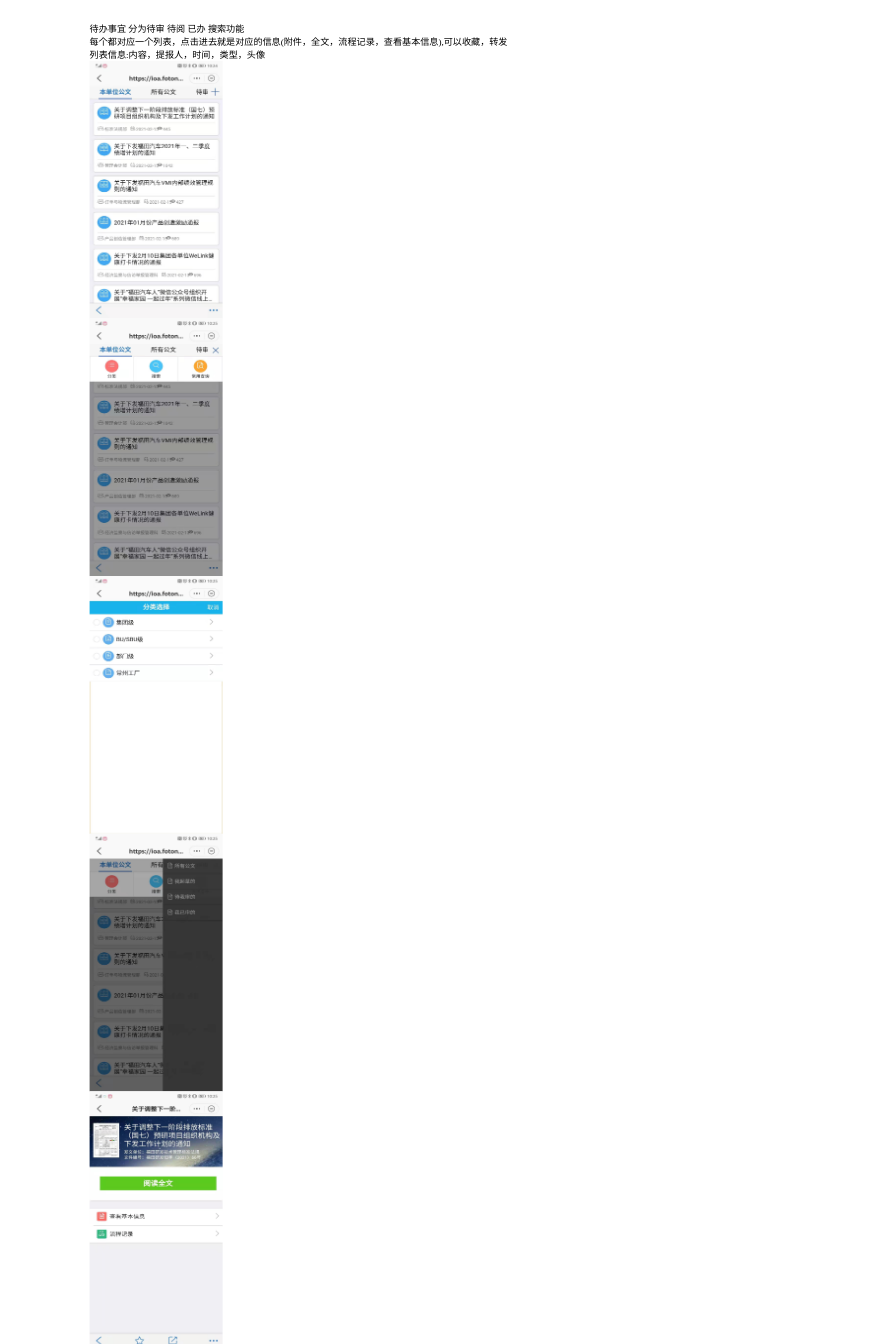
Repository: ch230/2021
Page: A.html
An editor plug-in stored every save of this project. The page is shown before and after the next save, followed by the edit.
The browser window is 1280 px wide. The pictures show the part of the page from y = 0 to 1920 px (the page is 12067 px tall before and 2867 px after), at 70% of full size.

Above is the page before, as saved 2021-02-15 14:46:28.

After the next save:
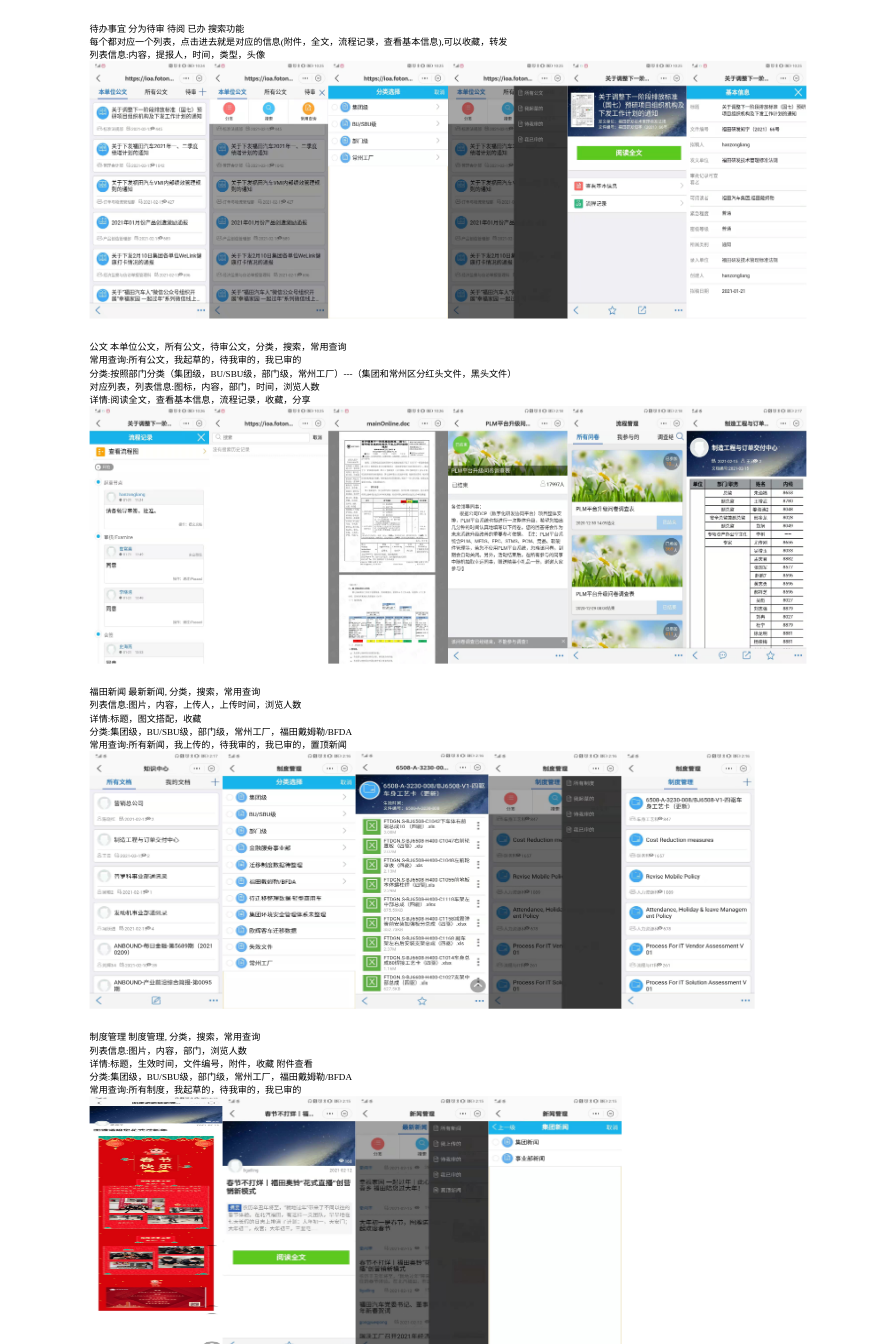
Saved 20 s later.
--- a/A.html
+++ b/A.html
@@ -28,6 +28,8 @@
       #items p {
       }
       #items ul {
+        width: 100%;
+        display: flex;
       }
       #items ul li {
         height: 368px;
